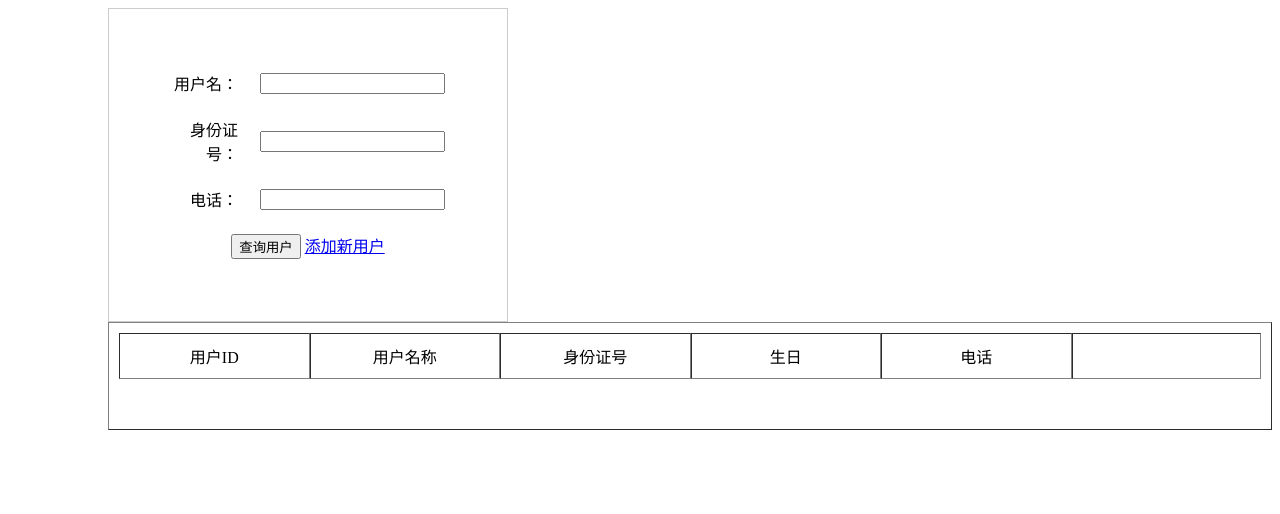
Repository: showmore/study
Page: http://localhost/MyWebProject/
An editor plug-in stored every save of this project. The page is shown before and after the next save, followed by the edit.
The browser window is 1280 px wide. The pictures show the whole page.
The page is served by Tomcat 9. Other server files are loaded and not shown.

Above is the page before, as saved 2018-12-23 13:42:34.

### MyWebProject/WebContent/index.jsp
<%@page import="java.util.List"%>
<%@page import="cn.joyair.mvcproject.model.User"%>
<%@ page language="java" contentType="text/html; charset=UTF-8"
	pageEncoding="UTF-8"%>

<!DOCTYPE html>
<html>
<head>
<meta charset="UTF-8">
<title>MVC Test Index</title>
<style>
	tr {
		height:40px;
	}
	td {
		padding:10px;
		width:180px;
		text-align: center;
	}
</style>
</head>
<body>
	<form action="<%=request.getContextPath()%>/query.udo">
		<table
			style="margin: 0 100px; padding: 50px; border: 1px #ccc solid; width: 400px;">
			<tr>
				<td style="text-align: right;">用户名：</td>
				<td style="text-align: left;"><input type="text"
					name="username" /></td>
			</tr>
			<tr>
				<td style="text-align: right;">身份证号：</td>
				<td style="text-align: left;"><input type="text"
					name="identity" /></td>
			</tr>
			<tr>
				<td style="text-align: right;">电话：</td>
				<td style="text-align: left;"><input type="text"
					name="phone" /></td>
			</tr>
			<tr>
				<td colspan=2 style="text-align: center;"><input type="submit"
					value="查询用户" />
					<a href="<%=request.getContextPath()%>/add.udo">添加新用户</a>
					</td>

			</tr>

		</table>
	</form>



	<table style="margin-left:100px; padding:10px;" border="1" cellpadding="0" cellspacing="0">
		<tr>
			<td>用户ID</td><td>用户名称</td><td>身份证号</td><td>生日</td><td>电话</td><td></td>
		</tr>
	<%
		List<User> list = (List<User>) request.getAttribute("userList");
		if(list != null && list.size()>0){
			for(User user:list){
	%>
		<tr>
			<td><%=user.getId() %></td>
			<td><%=user.getName() %></td>
			<td><%=user.getIdentity() %></td>
			<td><%=user.getBirthday() %></td>
			<td><%=user.getPhone() %></td>
			<td><a href="<%=request.getContextPath()%>/update.udo?id=<%=user.getId() %>">编辑</a>
				<a href="<%=request.getContextPath()%>/delete.udo?id=<%=user.getId() %>">删除</a>
			</td>
		</tr>
	<%
			}
		}
	%>
		<tr>

		</tr>
	</table>


</body>
</html>

After the next save:
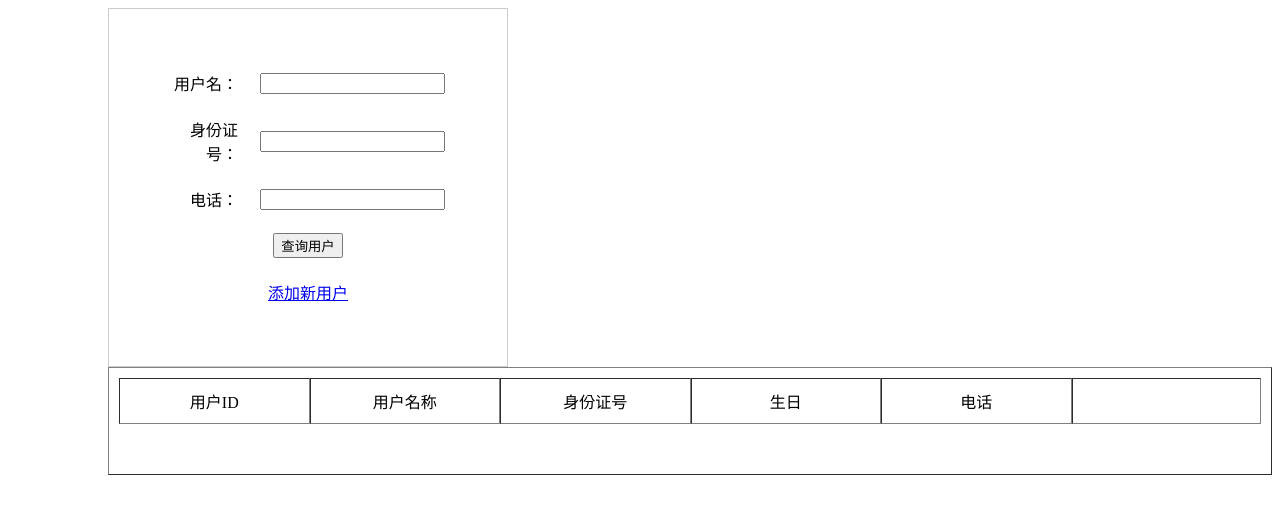
Saved 115 s later.
--- a/MyWebProject/WebContent/index.jsp
+++ b/MyWebProject/WebContent/index.jsp
@@ -41,9 +41,13 @@
 			<tr>
 				<td colspan=2 style="text-align: center;"><input type="submit"
 					value="查询用户" />
-					<a href="<%=request.getContextPath()%>/add.udo">添加新用户</a>
-					</td>
 
+
+			</tr>
+			<tr>
+				<td colspan=2 style="text-align: center;">
+				<a href="<%=request.getContextPath()%>/add.udo">添加新用户</a>
+				</td>
 			</tr>
 
 		</table>
